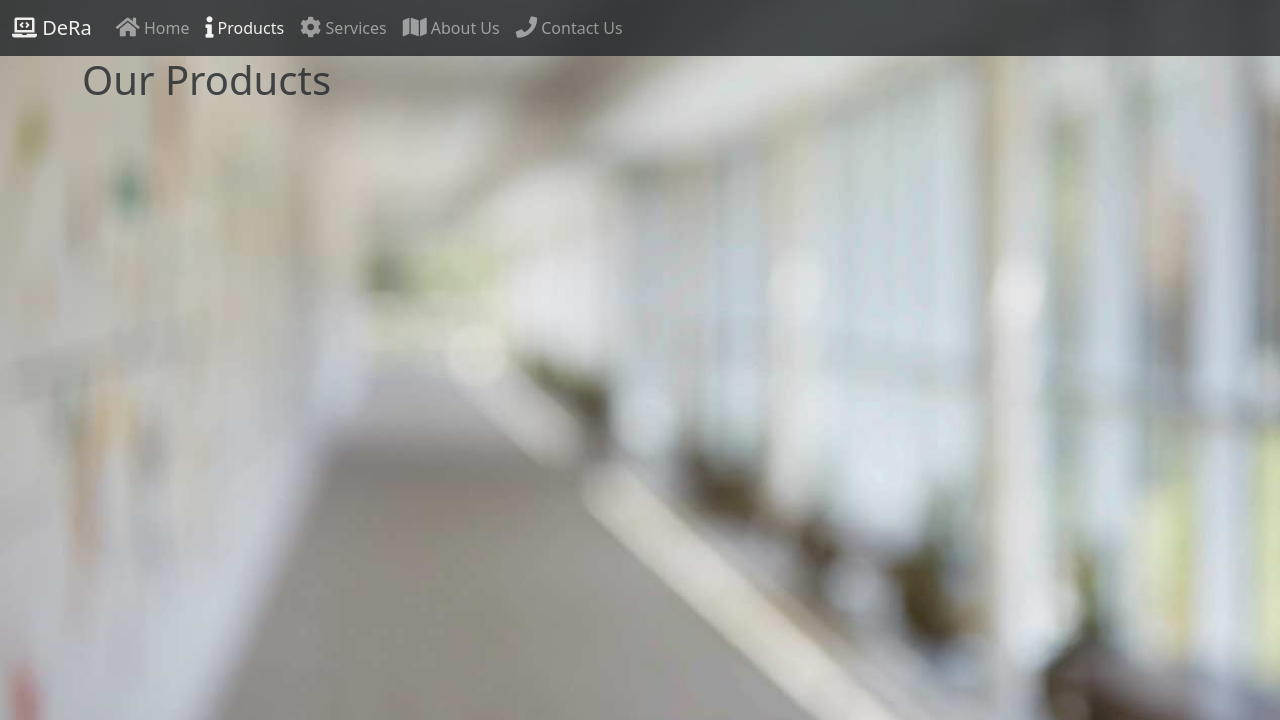
Repository: deividwsantoss/web6201-Lab1
Page: products.html
The author's editor kept a copy of each file at every save. The page is drawn from the files as they stood at one save, then again after the next save.
The browser window is 1280 px wide. The pictures show the whole page.

Above is the page before, as saved 2021-02-02 19:43:56.
Console error: TypeError: Cannot set properties of null (setting 'textContent')

### products.html
<!DOCTYPE html>
<html lang="en">
<head>
    <meta charset="UTF-8">
    <meta name="viewport" content="width=device-width, initial-scale=1.0">
    <title>Products</title>
</head>
<!-- CSS SECTION-->
<link rel="stylesheet" href="./node_modules/bootstrap/dist/css/bootstrap.min.css">
<link rel="stylesheet" href="./node_modules/@fortawesome/fontawesome-free/css/all.min.css">
<link rel="stylesheet" href="./Content/app.css">

<body class="productsbg">
    <!-- Main Header-->
    <header>
        <nav class="navbar navbar-expand-lg navbar-dark bg-dark">
            <div class="container-fluid">
              <a class="navbar-brand" href="Index.html"><i class="fas fa-laptop-code"></i> DeRa</a>
              <button class="navbar-toggler" type="button" data-bs-toggle="collapse" data-bs-target="#navbarSupportedContent" aria-controls="navbarSupportedContent" aria-expanded="false" aria-label="Toggle navigation">
                <span class="navbar-toggler-icon"></span>
              </button>
              <div class="collapse navbar-collapse" id="navbarSupportedContent">
                <ul class="navbar-nav ml-auto mb-2 mb-lg-0">
                  <li class="nav-item">
                    <a class="nav-link " aria-current="page" href="Index.html"><i class="fas fa-home fa-lg"></i> Home</a>
                  </li>
                  <li class="nav-item">
                    <a class="nav-link active" aria-current="page" href="products.html"><i class="fas fa-info fa-lg"></i> Products</a>
                  </li>
                  <li class="nav-item">
                    <a class="nav-link" aria-current="page" href="services.html"><i class="fas fa-cog fa-lg"></i> Services</a>
                  </li>
                  <li class="nav-item">
                    <a class="nav-link" aria-current="page" href="about.html"><i class="fas fa-map fa-lg"></i> About Us</a>
                  </li>
                  <li class="nav-item">
                    <a class="nav-link" aria-current="page" href="contact.html"><i class="fas fa-phone fa-lg"></i> Contact Us</a>
                  </li>

                </ul>

              </div>
            </div>
          </nav>

    </header>


    <!-- Main Content-->
        <main class="container">
            <h1>Our Products</h1>
        </main>

    <!--- Script Section-->
    <script src="./node_modules/bootstrap/dist/js/bootstrap.bundle.min.js"></script>
    <script src="./node_modules/jquery/dist/jquery.min.js"></script>
    <script src="./Scripts/app.js"></script>
</body>

</html>

### Content/app.css
/* Custom CSS goes here */
body,html{
    height: 100%;
    margin: 0;
}
.bg{
    background-image: url("Background-White.jpg");
    background-repeat: no-repeat;
    background-size: cover;
    background-position: center;
    opacity: 0.8;
}

.contactimage{
    background-image:url("contactimg.jpg");
    background-repeat: no-repeat;
    background-size: cover;
    background-position: center;
    opacity: 0.8;
}
.productsbg {
    background-image:url("productsbg.jpg");
    background-repeat: no-repeat;
    background-size: cover;
    background-position: center;
    opacity: 0.8;
}

.servicesbackgroud{
    background-image:url("services.jpg");
    background-repeat: no-repeat;
    background-size: cover;
    background-position: center;
    opacity: 0.8;
}
.aboutus{
    background-image:url("bgimage.jpg");
    background-repeat: no-repeat;
    background-size: cover;
    background-position: center;
    opacity: 0.8;
}

### Scripts/app.js
/* Custom JavaScript goes here */


"use strict";

(function(){



    function Start(){
        console.log("App Start...");

        let paragraphOneText = "Welcome to DeRa Development Website for WebD6201";
        let paragraphOneElement = document.getElementById("paragraphOne");

        paragraphOneElement.textContent = paragraphOneText;

    }
    window.addEventListener("load",Start);

})();

Loaded but not shown: node_modules/bootstrap/dist/css/bootstrap.min.css (library); node_modules/@fortawesome/fontawesome-free/css/all.min.css (library); node_modules/bootstrap/dist/js/bootstrap.bundle.min.js (library); node_modules/jquery/dist/jquery.min.js (library)

After the next save:
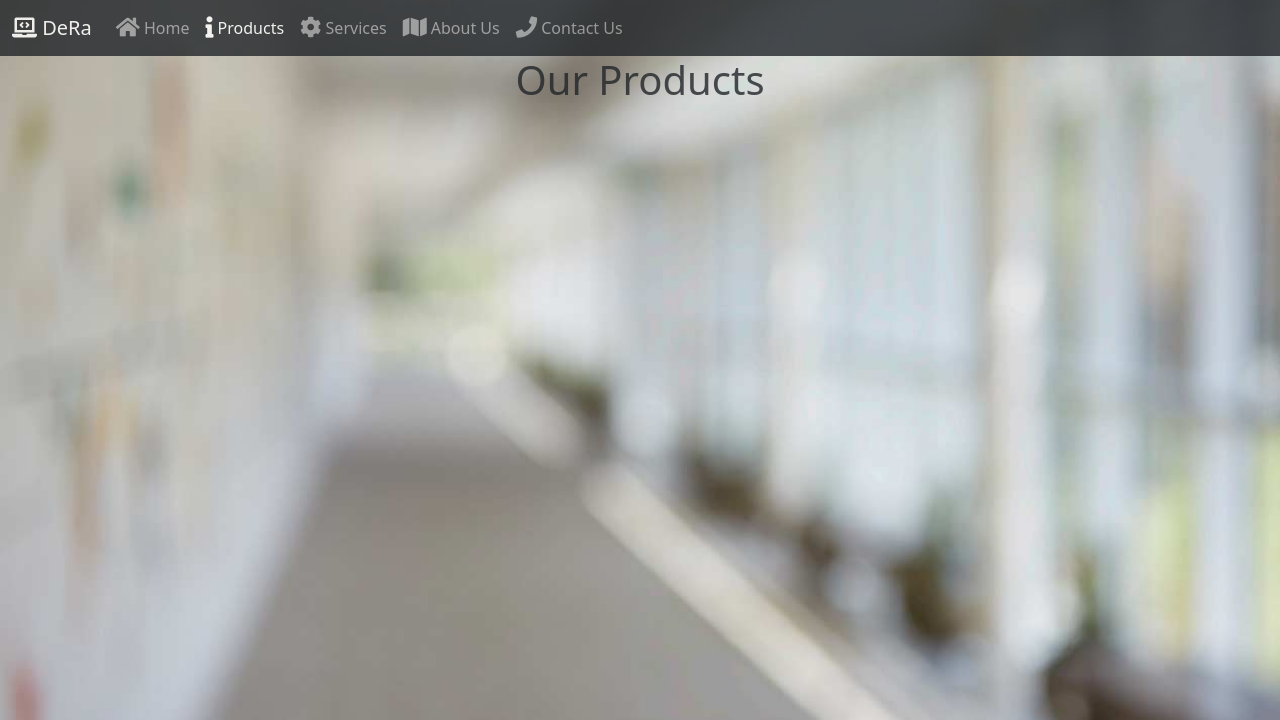
Saved 10 s later.
--- a/products.html
+++ b/products.html
@@ -48,7 +48,7 @@
 
     <!-- Main Content-->
         <main class="container">
-            <h1>Our Products</h1>
+            <h1 class="text-center">Our Products</h1>
         </main>
 
     <!--- Script Section-->
